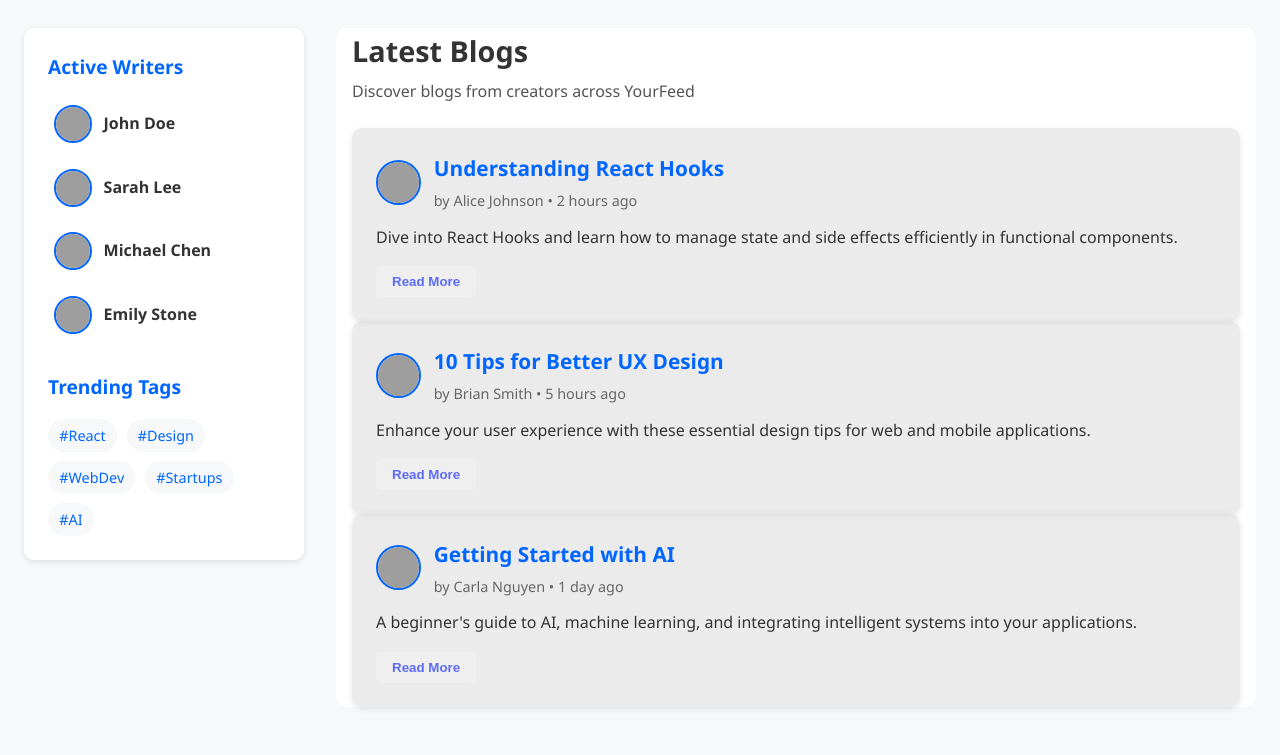
Repository: rizwanahmed2022/YourFees-BlogingApp
Page: index.html
An editor plug-in stored every save of this project. The page is shown before and after a run of saves, followed by the edit.
The browser window is 1280 px wide. The pictures show the part of the page from y = 581 to 1336 px (the page is 1336 px tall).
Pictures or frames that could not be fetched are drawn as grey boxes. A picture or video elsewhere on the page could not be fetched, so the positions and the page height are approximate.

Above is the page before, as saved 2025-11-09 21:19:23.

### index.html
<!DOCTYPE html>
<html lang="en">
<head>
  <meta charset="UTF-8" />
  <meta name="viewport" content="width=device-width, initial-scale=1.0" />
  <title>Home | YourFeed</title>
  <style>
    /* ===================
       Color Variables
    =================== */
    :root {
      --color-primary: #0066ff;
      --color-primary-hover: #0052cc;
      --color-danger: #ff4444;
      --color-danger-hover: #cc0000;

      --color-bg: #ffffff;
      --color-bg-light: #f7f8fa;
      --color-text: #333333;
      --color-shadow: rgba(0, 0, 0, 0.1);

      --color-dark-bg: #1e1e1e;
      --color-dark-bg-light: #2c2c2c;
      --color-dark-text: #f0f0f0;
    }

    /* ===================
       General Reset
    =================== */
    * {
      margin: 0;
      padding: 0;
      box-sizing: border-box;
    }

    body {
      font-family: "Segoe UI", Tahoma, Geneva, Verdana, sans-serif;
      background-color: var(--color-bg-light);
      color: var(--color-text);
      line-height: 1.6;
      transition: background-color 0.3s, color 0.3s;
    }

    body.dark-mode {
      background-color: var(--color-dark-bg-light);
      color: var(--color-dark-text);
    }

    /* ===================
       Navbar Base
    =================== */
    .navbar {
      display: flex;
      justify-content: space-between;
      align-items: center;
      background-color: var(--color-bg);
      padding: 1rem 2rem;
      box-shadow: 0 5px 4px var(--color-shadow);
      position: sticky;
      top: 0;
      z-index: 100;
      flex-wrap: wrap;
      transition: background-color 0.3s;
    }

    body.dark-mode .navbar {
      background-color: var(--color-dark-bg);
    }

    .logo {
      font-size: 1.6rem;
      font-weight: 700;
      color: var(--color-primary);
      cursor: pointer;
    }

    /* ===================
       Nav Links
    =================== */
    .nav-links {
      display: flex;
      align-items: center;
      gap: 1.5rem;
    }

    .nav-item {
      text-decoration: none;
      color: var(--color-text);
      font-weight: 600;
      transition: color 0.2s ease;
    }

    .nav-item:hover {
      color: var(--color-primary);
    }

    /* ===================
       User Section
    =================== */
    .user-section {
      display: flex;
      align-items: center;
      gap: 1.5rem;
    }

    .user-info {
      display: flex;
      align-items: center;
      gap: 0.6rem;
    }

    .user-name {
      font-weight: 600;
      color: var(--color-text);
    }

    body.dark-mode .user-name {
      color: var(--color-dark-text);
    }

    .profile-pic {
      width: 40px;
      height: 40px;
      border-radius: 50%;
      object-fit: cover;
      border: 2px solid var(--color-primary);
      cursor: pointer;
      transition: transform 0.2s;
    }

    .profile-pic:hover {
      transform: scale(1.05);
    }

    /* ===================
       Auth Buttons
    =================== */
    .auth-buttons {
      display: flex;
      gap: 0.5rem;
    }

    .btn {
      padding: 0.4rem 1rem;
      border: none;
      border-radius: 5px;
      font-weight: 600;
      cursor: pointer;
      transition: background-color 0.2s, transform 0.1s;
    }

    .btn:active {
      transform: scale(0.97);
    }

    .sign-in {
      background-color: var(--color-primary);
      color: white;
    }

    .sign-in:hover {
      background-color: var(--color-primary-hover);
    }

    .sign-out {
      background-color: var(--color-danger);
      color: white;
    }

    .sign-out:hover {
      background-color: var(--color-danger-hover);
    }

    /* Dark mode toggle */
    #dark-mode-toggle {
      background-color: #999;
      color: #fff;
    }

    /* ===================
       Responsive Navbar
    =================== */
    @media (max-width: 900px) {
      .navbar {
        padding: 1rem;
      }

      .nav-links {
        flex: 1 1 100%;
        justify-content: center;
        margin-top: 0.5rem;
      }

      .user-section {
        flex: 1 1 100%;
        justify-content: space-between;
        margin-top: 0.5rem;
      }
    }

    @media (max-width: 600px) {
      .navbar {
        flex-direction: column;
        align-items: flex-start;
        padding: 1rem;
      }

      .logo {
        font-size: 1.4rem;
        margin-bottom: 0.5rem;
      }

      .nav-links {
        width: 100%;
        flex-direction: column;
        align-items: flex-start;
        gap: 0.5rem;
      }

      .nav-item {
        font-size: 1rem;
        width: 100%;
      }

      .user-section {
        width: 100%;
        flex-direction: column;
        align-items: flex-start;
        gap: 0.8rem;
      }

      .auth-buttons {
        width: 100%;
        flex-direction: column;
      }

      .btn {
        width: 100%;
      }

      .user-name {
        display: inline;
      }
    }

    /* ===================
       Hero Section
    =================== */
    .hero {
      display: flex;
      align-items: center;
      justify-content: space-between;
      padding: 4rem 2rem;
      max-width: 1200px;
      margin: 0 auto;
      gap: 2rem;
      flex-wrap: wrap;
    }

    .hero-content {
      flex: 1 1 500px;
    }

    .hero-content h1 {
      font-size: 2.8rem;
      color: #111;
      margin-bottom: 1rem;
      line-height: 1.2;
    }

    body.dark-mode .hero-content h1 {
      color: var(--color-dark-text);
    }

    .hero-content p {
      font-size: 1.1rem;
      color: #555;
      margin-bottom: 2rem;
      max-width: 500px;
    }

    body.dark-mode .hero-content p {
      color: #ccc;
    }

    .hero-buttons {
      display: flex;
      gap: 1rem;
    }

    .btn.primary {
      background-color: var(--color-primary);
      color: white;
    }

    .btn.primary:hover {
      background-color: var(--color-primary-hover);
    }

    .btn.secondary {
      background-color: #f2f4f7;
      color: var(--color-text);
    }

    .btn.secondary:hover {
      background-color: #e2e6ea;
    }

    /* Hero Image */
    .hero-image {
      flex: 1 1 400px;
      display: flex;
      justify-content: center;
    }

    .hero-image img {
      width: 100%;
      max-width: 480px;
      border-radius: 10px;
      box-shadow: 0 4px 12px rgba(0,0,0,0.15);
    }

    /* Responsive Hero */
    @media (max-width: 800px) {
      .hero {
        flex-direction: column-reverse;
        text-align: center;
      }

      .hero-content h1 {
        font-size: 2.2rem;
      }

      .hero-content p {
        margin: 0 auto 1.5rem;
      }

      .hero-buttons {
        justify-content: center;
      }
    }

    /* ===================
       Sidebar + Layout
    =================== */
    .main-layout {
      display: grid;
      grid-template-columns: 280px 1fr;
      gap: 2rem;
      max-width: 1300px;
      margin: 3rem auto;
      padding: 0 1.5rem;
    }

    .sidebar {
      background-color: var(--color-bg);
      box-shadow: 0 2px 6px var(--color-shadow);
      border-radius: 10px;
      padding: 1.5rem;
      height: fit-content;
      position: sticky;
      top: 90px;
      transition: background-color 0.3s;
    }

    body.dark-mode .sidebar {
      background-color: var(--color-dark-bg);
    }

    .sidebar-title {
      font-size: 1.2rem;
      font-weight: 700;
      color: var(--color-primary);
      margin-bottom: 1rem;
    }

    body.dark-mode .sidebar-title {
      color: #89aaff;
    }

    /* User List */
    .user-list {
      list-style: none;
      margin-bottom: 2rem;
    }

    .user-list li {
      display: flex;
      align-items: center;
      gap: 0.7rem;
      margin-bottom: 0.8rem;
      cursor: pointer;
      transition: background-color 0.2s ease, transform 0.1s;
      padding: 0.4rem;
      border-radius: 5px;
    }

    .user-list li:hover {
      background-color: var(--color-bg-light);
      transform: scale(1.02);
    }

    body.dark-mode .user-list li:hover {
      background-color: var(--color-dark-bg-light);
    }

    .user-list img {
      width: 38px;
      height: 38px;
      border-radius: 50%;
      border: 2px solid var(--color-primary);
    }

    .user-list span {
      font-weight: 600;
      color: var(--color-text);
    }

    body.dark-mode .user-list span {
      color: var(--color-dark-text);
    }

    /* Trending Tags */
    .sidebar-section {
      margin-top: 1.5rem;
    }

    .tags {
      display: flex;
      flex-wrap: wrap;
      gap: 0.6rem;
    }

    .tags span {
      background-color: var(--color-bg-light);
      color: var(--color-primary);
      padding: 0.3rem 0.7rem;
      border-radius: 20px;
      font-size: 0.9rem;
      cursor: pointer;
      transition: all 0.2s ease;
    }

    .tags span:hover {
      background-color: var(--color-primary);
      color: #fff;
    }

    body.dark-mode .tags span {
      background-color: var(--color-dark-bg-light);
      color: var(--color-primary);
    }

    body.dark-mode .tags span:hover {
      background-color: var(--color-primary);
      color: #fff;
    }

    /* ===================
       Feed Section
    =================== */
    .feed-section {
      background-color: var(--color-bg);
      padding: 0 1rem;
      border-radius: 10px;
      transition: background-color 0.3s;
    }

    body.dark-mode .feed-section {
      background-color: var(--color-dark-bg);
    }

    .section-title {
      font-size: 1.8rem;
      font-weight: 700;
      color: var(--color-text);
      margin-bottom: 0.3rem;
    }

    body.dark-mode .section-title {
      color: var(--color-dark-text);
    }

    .section-subtitle {
      font-size: 1rem;
      color: #555;
      margin-bottom: 1.5rem;
    }

    body.dark-mode .section-subtitle {
      color: #aaa;
    }

    .feed {
      display: grid;
      gap: 1.5rem;
    }

    /* Blog Card */
    .blog-card {
      background-color: rgba(214, 214, 214, 0.486);
      border-radius: 10px;
      box-shadow: 0 2px 6px var(--color-shadow);
      padding: 1.5rem;
      transition: transform 0.2s, box-shadow 0.2s, background-color 0.3s;
    }

    body.dark-mode .blog-card {
      background-color: rgba(50, 50, 50, 0.6);
    }

    .blog-card:hover {
      transform: translateY(-3px);
      box-shadow: 0 4px 10px rgba(0, 0, 0, 0.12);
    }

    .blog-header {
      display: flex;
      align-items: center;
      gap: 0.8rem;
      margin-bottom: 0.8rem;
    }

    .user-avatar {
      width: 45px;
      height: 45px;
      border-radius: 50%;
      object-fit: cover;
      border: 2px solid var(--color-primary);
    }

    .blog-info {
      display: flex;
      flex-direction: column;
    }

    .blog-title {
      font-size: 1.3rem;
      font-weight: 700;
      color: var(--color-primary);
      margin-bottom: 0.2rem;
    }

    .blog-meta {
      font-size: 0.9rem;
      color: #666;
    }

    body.dark-mode .blog-meta {
      color: #ccc;
    }

    .blog-desc {
      font-size: 1rem;
      color: var(--color-text);
      line-height: 1.6;
      margin-bottom: 1rem;
    }

    body.dark-mode .blog-desc {
      color: #ddd;
    }

    .see-all-btn {
      align-self: flex-start;
      padding: 0.5rem 1rem;
      color: #5d6cf8;
      font-weight: 600;
      border: none;
      border-radius: 5px;
      cursor: pointer;
      transition: background-color 0.2s ease, transform 0.1s ease, color 0.2s;
    }

    .see-all-btn:hover {
      color: #3542b3;
    }

    .see-all-btn:active {
      transform: scale(0.97);
    }

    /* ===================
       Responsive Layout
    =================== */
    @media (max-width: 900px) {
      .main-layout {
        grid-template-columns: 1fr;
      }

      .sidebar {
        position: relative;
        top: 0;
        margin-bottom: 1.5rem;
      }
    }

    @media (max-width: 600px) {
      .main-layout {
        padding: 0 1rem;
      }

      .sidebar {
        padding: 1rem;
      }

      .tags span {
        font-size: 0.8rem;
        padding: 0.3rem 0.5rem;
      }
    }
  </style>
</head>
<body>

  <!-- Navbar -->
  <header class="navbar">
    <div class="logo">YourFeed</div>

    <nav class="nav-links">
      <a href="/admin-dashboard.html" class="nav-item">Admin Dashboard</a>
    </nav>

    <div class="user-section">
      <div class="user-info">
        <span class="user-name">Guest</span>
        <img src="#" alt="Profile Picture" class="profile-pic">
      </div>

      <div class="auth-buttons">
        <button id="signin-btn" class="btn sign-in">Sign In</button>
        <button id="logout-btn" class="btn sign-out">Sign Out</button>
        <button id="dark-mode-toggle" class="btn">🌙 Dark Mode</button>
      </div>
    </div>
  </header>

  <!-- Hero Section -->
  <section class="hero">
    <div class="hero-content">
      <h1>Share Your Voice with the World</h1>
      <p>YourFeed is where ideas come to life — read, write, and connect with people who inspire you.</p>
      <div class="hero-buttons">
        <a id="startwritin" href="post.html" class="startwritin btn primary">Start Writing</a>
        <a href="#" class="btn secondary">Explore Blogs</a>
      </div>
    </div>
    <div class="hero-image">
      <img src="https://images.unsplash.com/photo-1503676260728-1c00da094a0b?auto=format&fit=crop&w=800&q=80" alt="Blogging Illustration">
    </div>
  </section>

  <!-- Main Layout: Sidebar + Feed -->
  <main class="main-layout">

    <!-- Sidebar -->
    <aside class="sidebar">
      <h3 class="sidebar-title">Active Writers</h3>
      <ul class="user-list">
        <li><img src="https://randomuser.me/api/portraits/men/11.jpg" alt="John Doe"><span>John Doe</span></li>
        <li><img src="https://randomuser.me/api/portraits/women/17.jpg" alt="Sarah Lee"><span>Sarah Lee</span></li>
        <li><img src="https://randomuser.me/api/portraits/men/5.jpg" alt="Michael Chen"><span>Michael Chen</span></li>
        <li><img src="https://randomuser.me/api/portraits/women/33.jpg" alt="Emily Stone"><span>Emily Stone</span></li>
      </ul>

      <div class="sidebar-section">
        <h3 class="sidebar-title">Trending Tags</h3>
        <div class="tags">
          <span>#React</span>
          <span>#Design</span>
          <span>#WebDev</span>
          <span>#Startups</span>
          <span>#AI</span>
        </div>
      </div>
    </aside>

    <!-- Feed Section -->
    <section class="feed-section">
      <h2 class="section-title">Latest Blogs</h2>
      <p class="section-subtitle">Discover blogs from creators across YourFeed</p
      <div class="feed">
        <!-- Blog Card 1 -->
        <div class="blog-card">
          <div class="blog-header">
            <img src="https://randomuser.me/api/portraits/men/20.jpg" alt="Alice" class="user-avatar">
            <div class="blog-info">
              <div class="blog-title">Understanding React Hooks</div>
              <div class="blog-meta">by Alice Johnson • 2 hours ago</div>
            </div>
          </div>
          <p class="blog-desc">
            Dive into React Hooks and learn how to manage state and side effects efficiently in functional components.
          </p>
          <button class="see-all-btn">Read More</button>
        </div>

        <!-- Blog Card 2 -->
        <div class="blog-card">
          <div class="blog-header">
            <img src="https://randomuser.me/api/portraits/women/22.jpg" alt="Brian" class="user-avatar">
            <div class="blog-info">
              <div class="blog-title">10 Tips for Better UX Design</div>
              <div class="blog-meta">by Brian Smith • 5 hours ago</div>
            </div>
          </div>
          <p class="blog-desc">
            Enhance your user experience with these essential design tips for web and mobile applications.
          </p>
          <button class="see-all-btn">Read More</button>
        </div>

        <!-- Blog Card 3 -->
        <div class="blog-card">
          <div class="blog-header">
            <img src="https://randomuser.me/api/portraits/men/30.jpg" alt="Carla" class="user-avatar">
            <div class="blog-info">
              <div class="blog-title">Getting Started with AI</div>
              <div class="blog-meta">by Carla Nguyen • 1 day ago</div>
            </div>
          </div>
          <p class="blog-desc">
            A beginner's guide to AI, machine learning, and integrating intelligent systems into your applications.
          </p>
          <button class="see-all-btn">Read More</button>
        </div>
      </div>
    </section>
  </main>

  <!-- Dark Mode & Auth JS -->
  <script>
    const darkModeToggle = document.getElementById('dark-mode-toggle');
    darkModeToggle.addEventListener('click', () => {
      document.body.classList.toggle('dark-mode');
      if(document.body.classList.contains('dark-mode')){
        darkModeToggle.textContent = '☀️ Light Mode';
      } else {
        darkModeToggle.textContent = '🌙 Dark Mode';
      }
    });

  </script>

</body>
</html>

After the next 2 saves:
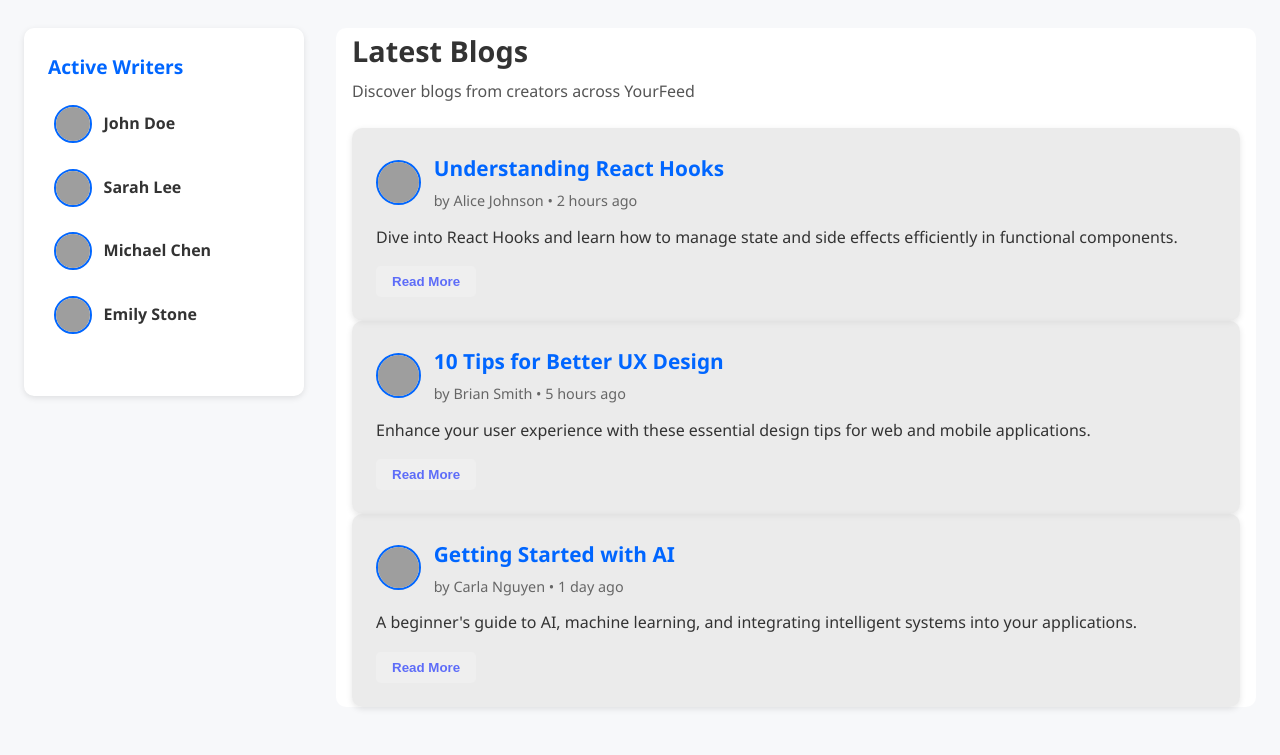
The 2 saves are shown as one change because they came seconds apart.
The last was saved 51 s later.
--- a/index.html
+++ b/index.html
@@ -663,16 +663,7 @@
         <li><img src="https://randomuser.me/api/portraits/women/33.jpg" alt="Emily Stone"><span>Emily Stone</span></li>
       </ul>
 
-      <div class="sidebar-section">
-        <h3 class="sidebar-title">Trending Tags</h3>
-        <div class="tags">
-          <span>#React</span>
-          <span>#Design</span>
-          <span>#WebDev</span>
-          <span>#Startups</span>
-          <span>#AI</span>
-        </div>
-      </div>
+
     </aside>
 
     <!-- Feed Section -->
